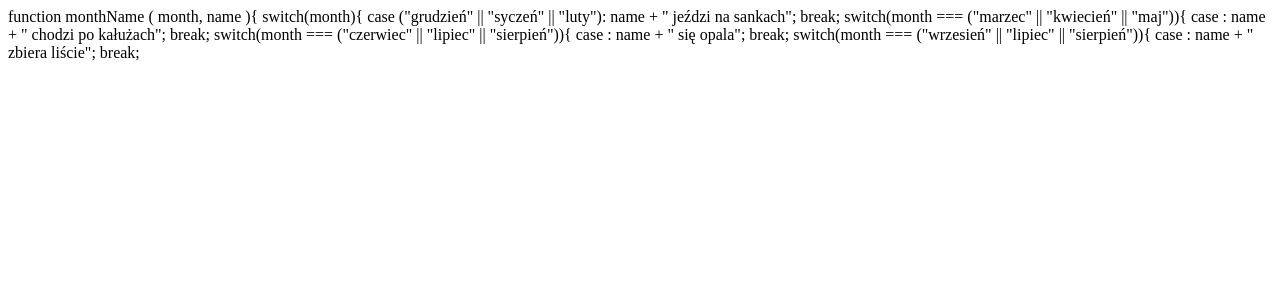
Repository: Maxs777/wizytowka
Page: index.html
The author's editor kept a copy of each file at every save. The page is drawn from the files as they stood at one save, then again after a run of saves.
The browser window is 1280 px wide. The pictures show the whole page.

Above is the page before, as saved 2019-03-06 14:50:49.

### index.html
<!DOCTYPE html>
<html lang="pl">
<head>
    <meta charset="UTF-8">
    <meta name="viewport" content="width=device-width, initial-scale=1.0">
    <meta http-equiv="X-UA-Compatible" content="ie=edge">
    <link rel="stylesheet" href="_css/style.css">
    <title>Strona-wizytówka</title>
</head>
<body>

</body>
</html>


function monthName ( month, name ){
switch(month){
case ("grudzień" || "syczeń" || "luty"):
name + " jeździ na sankach";
break;
switch(month === ("marzec" || "kwiecień" || "maj")){
case : name + " chodzi po kałużach";
break;
switch(month === ("czerwiec" || "lipiec" || "sierpień")){
case : name + " się opala";
break;
switch(month === ("wrzesień" || "lipiec" || "sierpień")){
case : name + " zbiera liście";
break;

Loaded but not shown: _css/style.css (no copy from this time; the picture is the same without it)

After the next 2 saves:
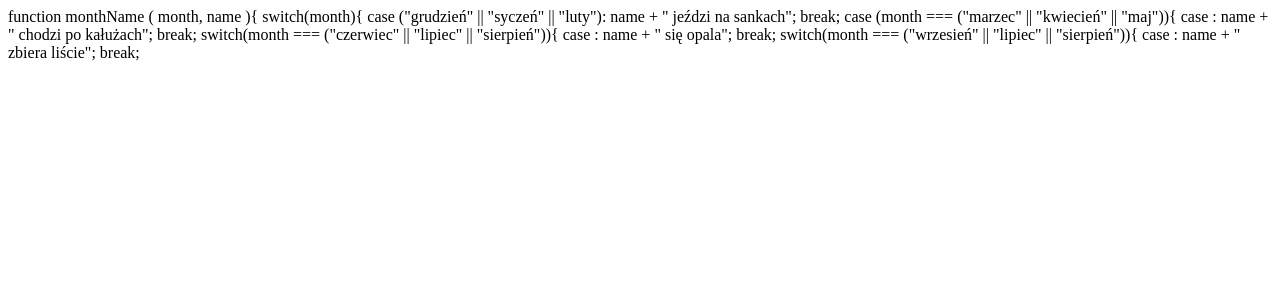
The 2 saves are shown as one change because they came seconds apart.
The last was saved 22 s later.
--- a/index.html
+++ b/index.html
@@ -18,7 +18,7 @@ switch(month){
 case ("grudzień" || "syczeń" || "luty"):
 name + " jeździ na sankach";
 break;
-switch(month === ("marzec" || "kwiecień" || "maj")){
+case (month === ("marzec" || "kwiecień" || "maj")){
 case : name + " chodzi po kałużach";
 break;
 switch(month === ("czerwiec" || "lipiec" || "sierpień")){
